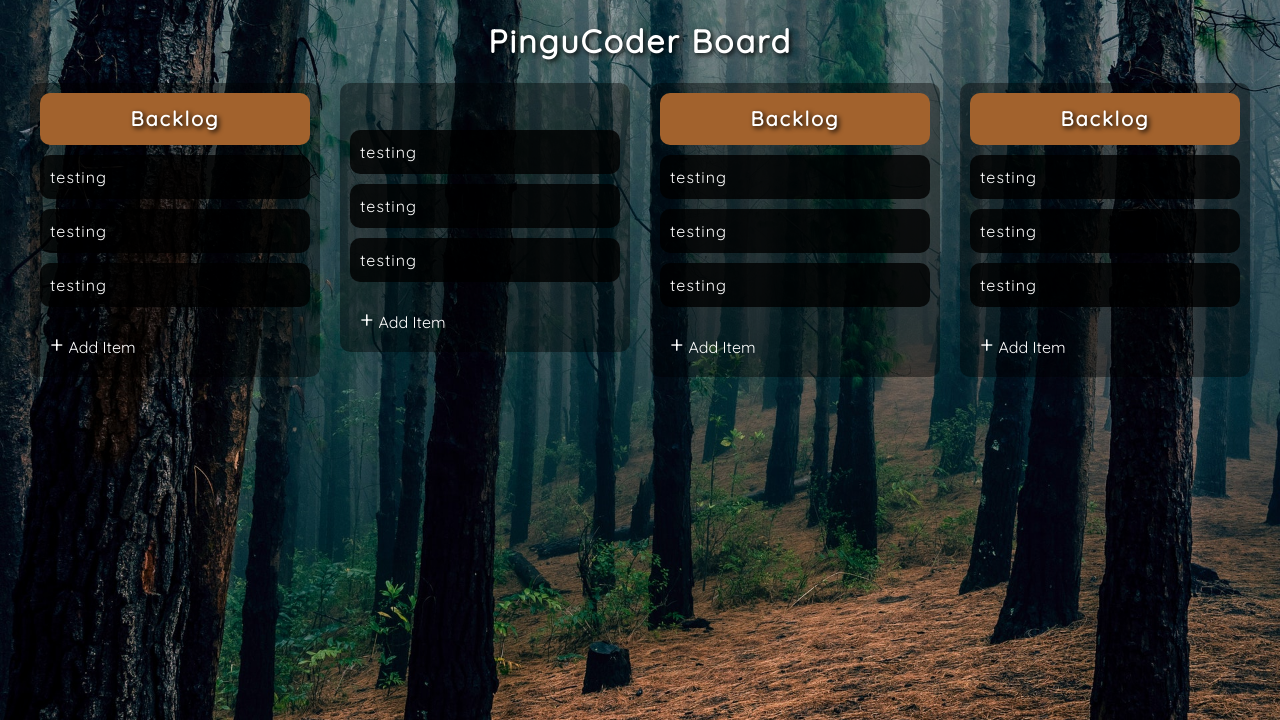
Repository: chanwarichawki/6Drag-And-Drop
Page: index.html
The author's editor kept a copy of each file at every save. The page is drawn from the files as they stood at one save, then again after the next save.
The browser window is 1280 px wide. The pictures show the whole page.

Above is the page before, as saved 2023-12-25 18:57:51.

After the next save:
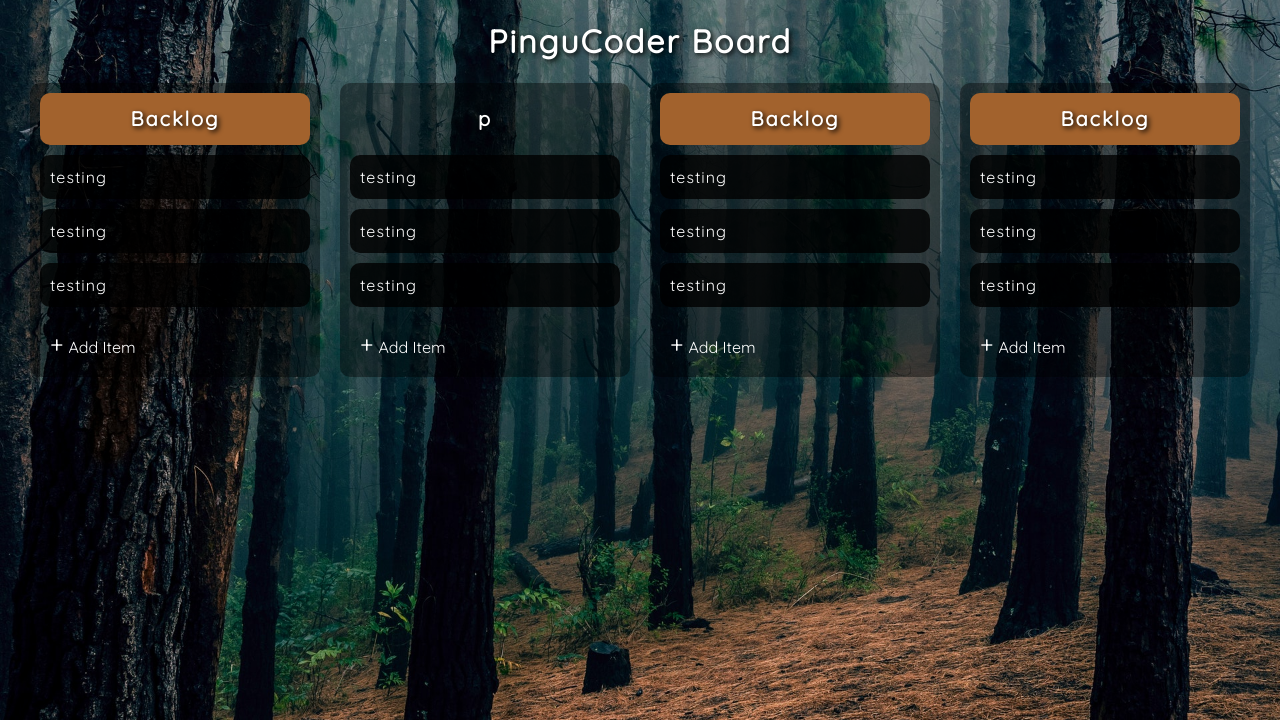
Saved 7 s later.
--- a/index.html
+++ b/index.html
@@ -40,14 +40,14 @@
       </li>
 
 
-        <!--  column -->
-        <li class="drag-column -column">
+        <!-- p column -->
+        <li class="drag-column p-column">
         <span class="header">
-          <h1></h1>
+          <h1>p</h1>
         </span>
-        <!--  content -->
-        <div class="-content">
-          <ul class="drag-item-list" id="-list">
+        <!-- p content -->
+        <div class="p-content">
+          <ul class="drag-item-list" id="p-list">
             <li class="drag-item">testing</li>
             <li class="drag-item">testing</li>
             <li class="drag-item">testing</li>
